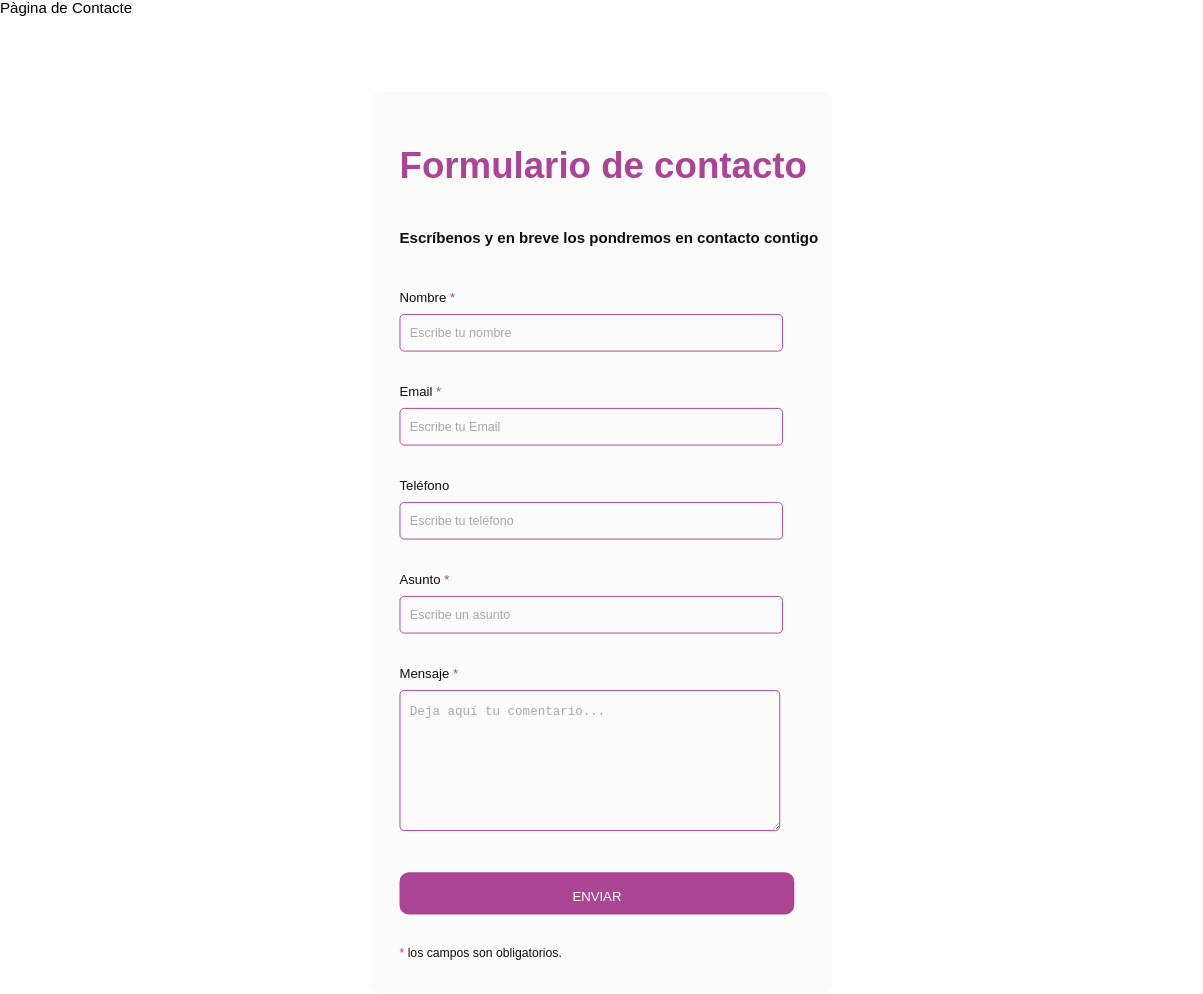
Repository: Myrella-developer/repoco
Page: views/contacte.html
An editor plug-in stored every save of this project. The page is shown before and after the next save, followed by the edit.
The browser window is 1280 px wide. The pictures show the whole page, at 94% of full size.
Some web fonts or font styles are not loaded; a fallback is used.

Above is the page before, as saved 2022-03-22 17:29:47.

After the next save:
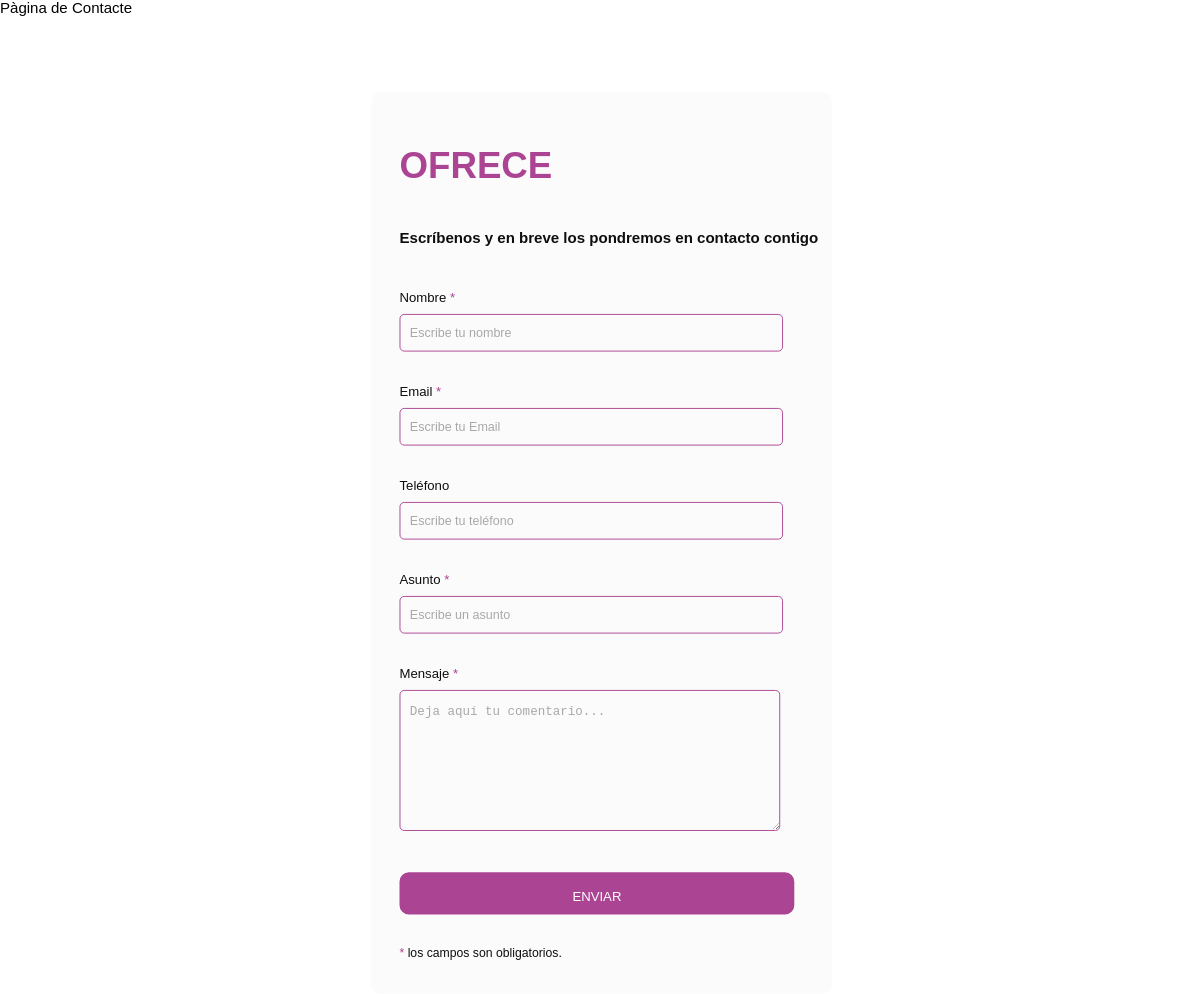
Saved 24 s later.
--- a/views/contacte.html
+++ b/views/contacte.html
@@ -18,7 +18,7 @@ Pàgina de Contacte
   <div class="contact_form">
 
     <div class="formulario">
-      <h1>Formulario de contacto</h1>
+      <h1>OFRECE </h1>
         <h3>Escríbenos y en breve los pondremos en contacto contigo</h3>
 
 
